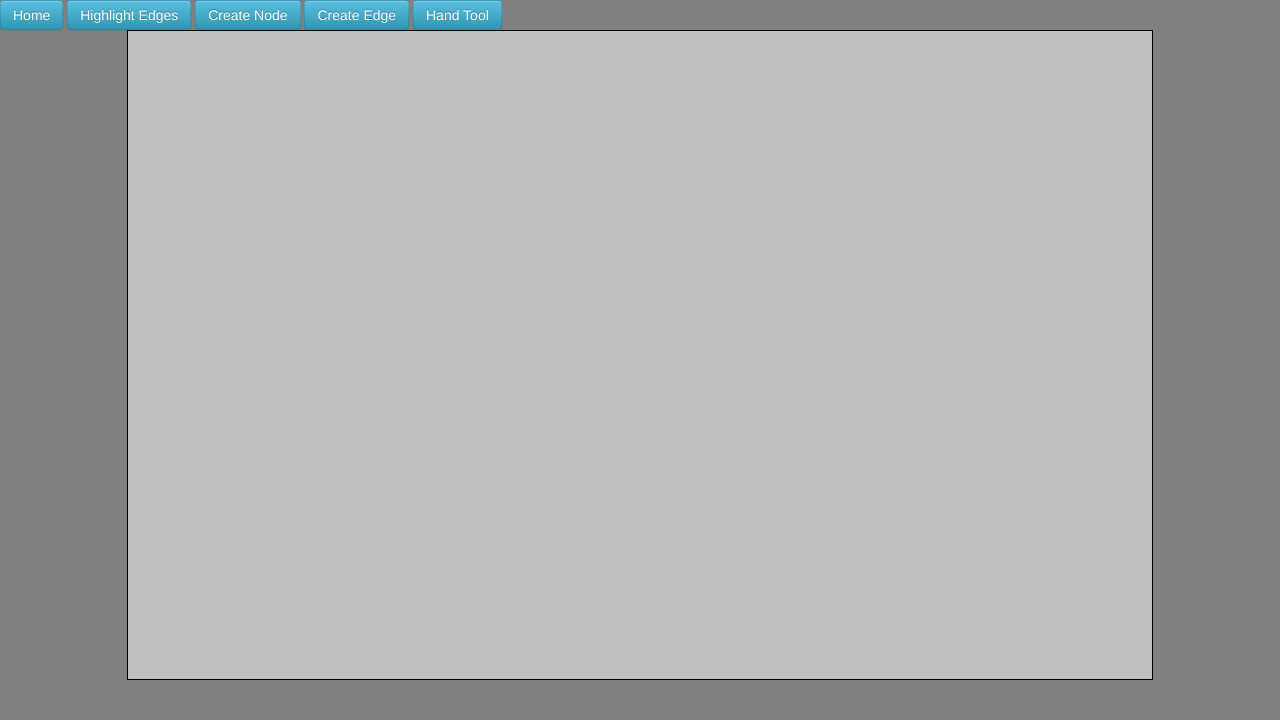
Repository: OrionDevelopers/projectwall
Page: graphSubjectPrototype2(usingKintetic)/graphSubjectPrototype2/graphSubject.html
These files come from the project's save history. The page is drawn as it stood at one moment and after the next save; the edit follows.
The browser window is 1280 px wide. The pictures show the whole page.

Above is the page before, as saved 2013-04-18 08:49:01.
Console error: ReferenceError: onBodyLoad is not defined

### graphSubjectPrototype2(usingKintetic)/graphSubjectPrototype2/graphSubject.html
<!DOCTYPE html>
<html>
	<head>
		<title>Generic Graph Subject Model</title>
		<link href="css/bootstrap.css" rel='stylesheet'/>
		<link href="css/graphSubject.css" rel="stylesheet"/>
		<script src="js/kinetic-v4.4.1.js" type="text/javascript"></script>
		<script src="js/graphSubject.js" type="text/javascript"></script>
	</head>
	<body onload="onBodyLoad();">
		<!-- <p id="debugHelper"></p>-->

		<div id='menuBar'>
			<a href='../../index.php'><div id='homeButton' class='btn btn-info menuButton'>Home</div></a>
			<div id='highlightEdges' class='btn btn-info menuButton' onclick='highlightEdges();'>Highlight Edges</div>
			<!-- <button id='directedGraph' onclick='selectDirectedGraph()'>Directed Graph</button>
			<button id='undirectedGraph' onclick='selectUndirectedGraph()'>Undirected Graph</button> -->
			<div id='createNodes' class='btn btn-info menuButton' onclick='createNodeButtonClicked();'>Create Node</div>
			<div id='createEdges' class='btn btn-info menuButton' onclick='createEdgeButtonClicked();'>Create Edge</div>
			<div id='handTool' class='btn btn-info menuButton' onclick='handToolButtonClicked();'>Hand Tool</div>
		</div>
		<div id='container'></div>
	</body>
</html>

### graphSubjectPrototype2(usingKintetic)/graphSubjectPrototype2/css/graphSubject.css
*{
	margin:0px;
	padding:0px;
}
body,html{
	width:100%;
	height:100%;
	background-color: gray;
}
#container{
	width:80%;
	height:90%;
	/*margin-top:4%;*/
	margin-left:auto;
	margin-right:auto;
	border:1px solid black;
	background-color: silver;
}

Loaded but not shown: graphSubjectPrototype2(usingKintetic)/graphSubjectPrototype2/css/bootstrap.css (library); graphSubjectPrototype2(usingKintetic)/graphSubjectPrototype2/js/kinetic-v4.4.1.js (library); graphSubjectPrototype2(usingKintetic)/graphSubjectPrototype2/js/graphSubject.js (no copy from this time; the picture is the same without it)

After the next save:
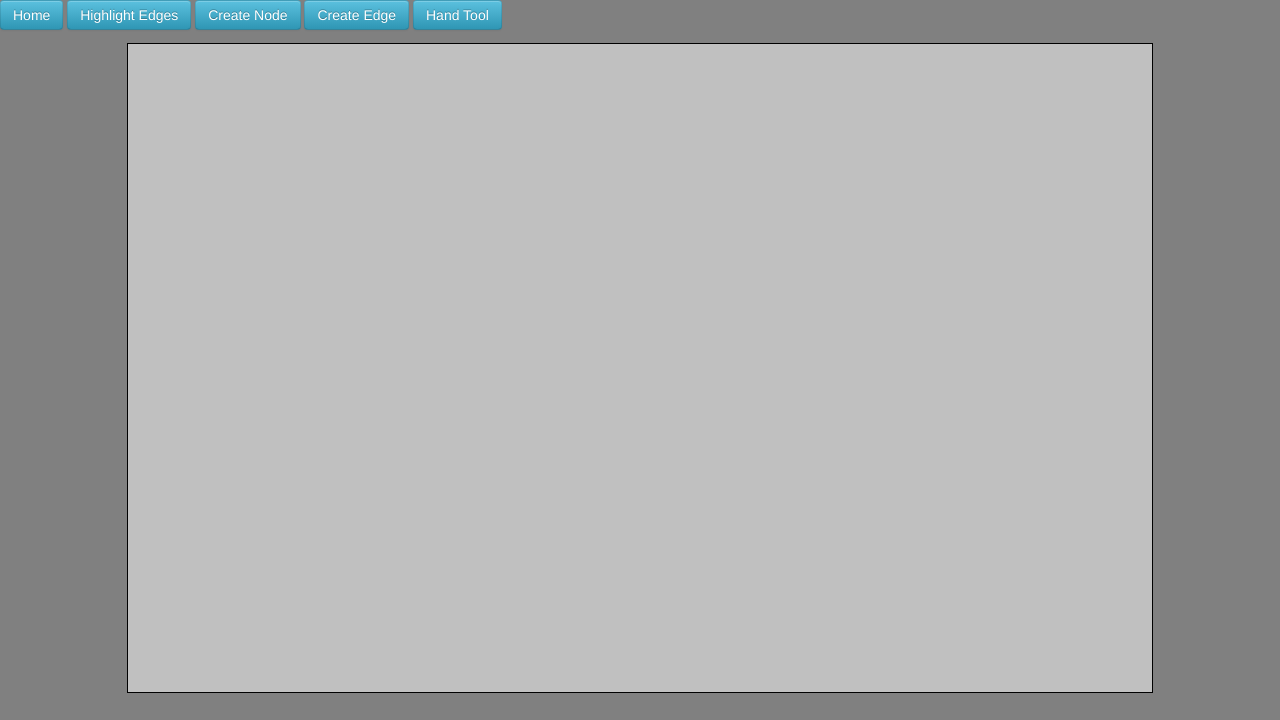
Saved 14 s later.
--- a/graphSubjectPrototype2(usingKintetic)/graphSubjectPrototype2/css/graphSubject.css
+++ b/graphSubjectPrototype2(usingKintetic)/graphSubjectPrototype2/css/graphSubject.css
@@ -10,7 +10,7 @@ body,html{
 #container{
 	width:80%;
 	height:90%;
-	/*margin-top:4%;*/
+	margin-top:1%;
 	margin-left:auto;
 	margin-right:auto;
 	border:1px solid black;
